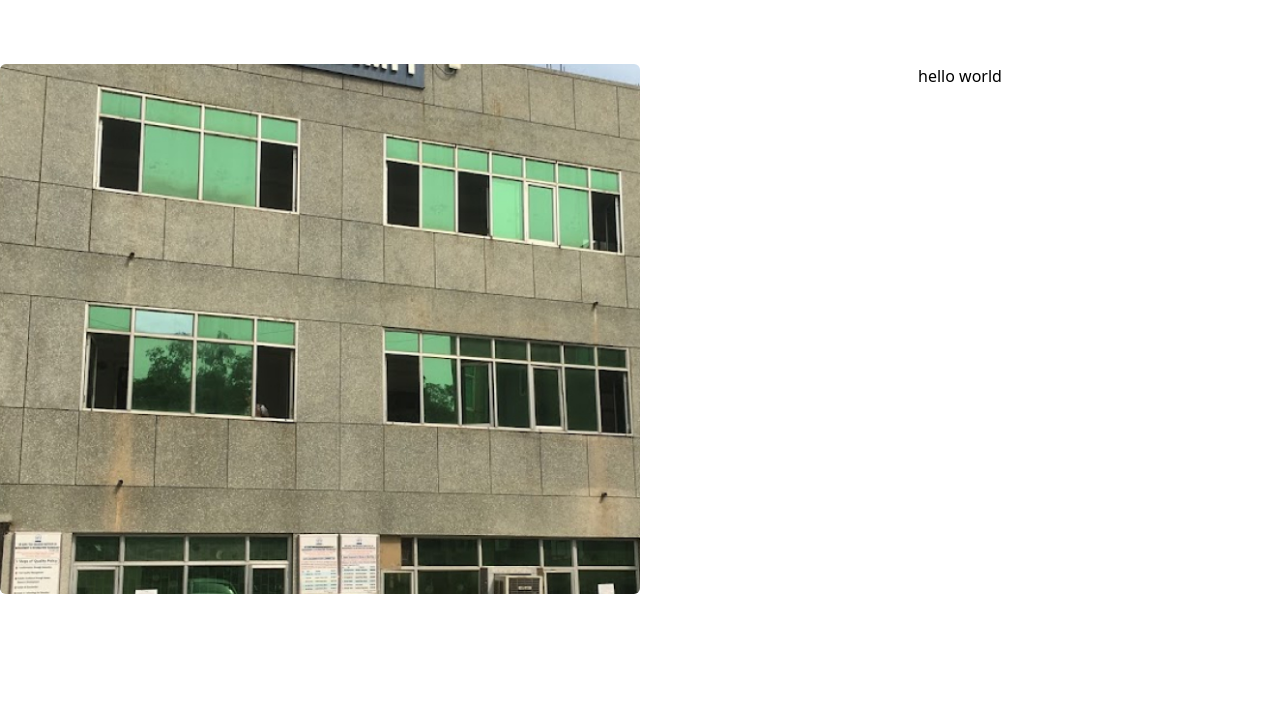
Repository: SehajBindra/SGTBIMIT-ERP-Client
Page: /StudentLogin
These files come from the project's save history. The page is drawn as it stood at one moment and after the next save; the edit follows.
The browser window is 1280 px wide. The pictures show the whole page.
The project was rebuilt for these pictures with package versions that can differ from the ones it lists, and the page was loaded fresh each time. Also part of the build but not shown: src/LOGIN/Login.js, src/LOGIN/FACULTY/FacultyLogin.js, src/STUDENT_PAGE/StuBody.js, src/STUDENT_PAGE/StuSidebar.js, src/STUDENT_PAGE/StuHeader.js, src/STUDENT_PAGE/StudentHome.js, src/FACULTY_PAGE/FacBody.js, src/FACULTY_PAGE/FacHeader.js and 2 more.

Above is the page before, as saved 2023-05-14 15:33:42.

After the next save:
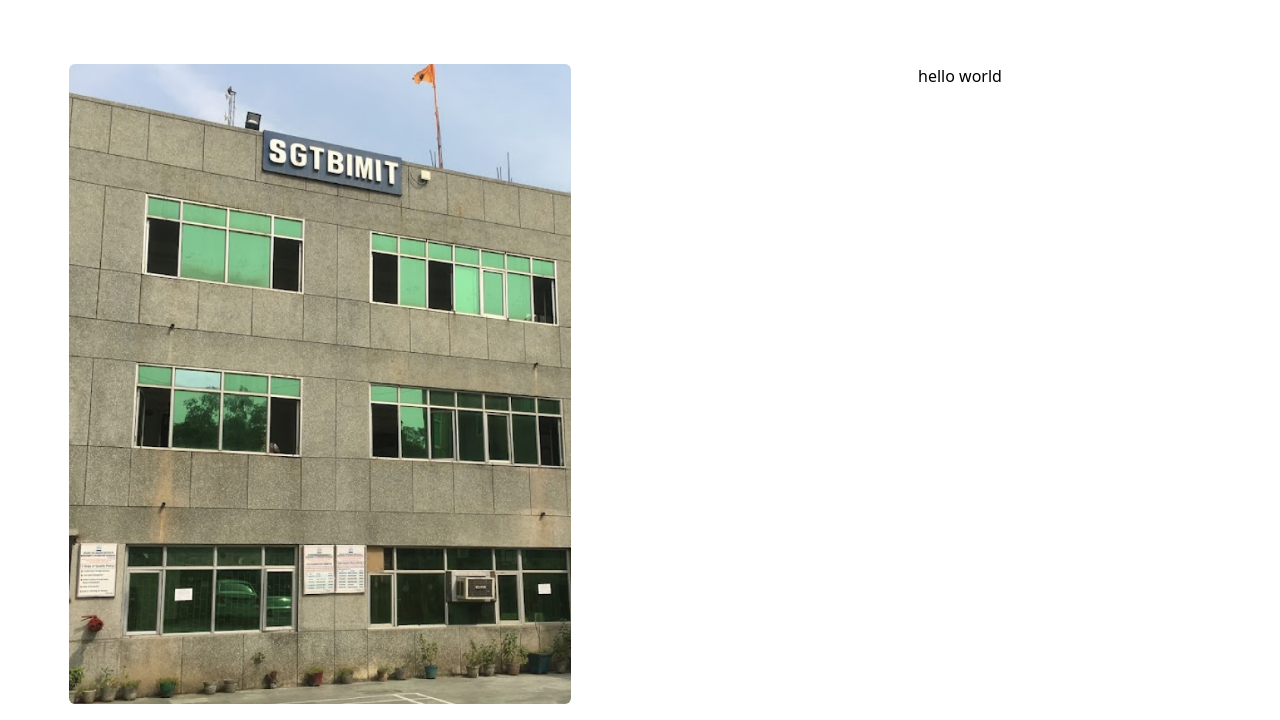
Saved 9 s later.
--- a/src/LOGIN/STUDENT/StudentLogin.js
+++ b/src/LOGIN/STUDENT/StudentLogin.js
@@ -19,7 +19,7 @@
     <div className=" grid grid-cols-4 h-[530px] my-16 mx-auto max-w-7xl ">
       <div className=" col-span-2">
         <img
-          className="hidden md:inline w-full h-[530px] object-cover rounded-md"
+          className="hidden md:inline h-[640px] object-cover rounded-md"
           src="/sgtb.jpg"
           alt="banner_image"
         />
